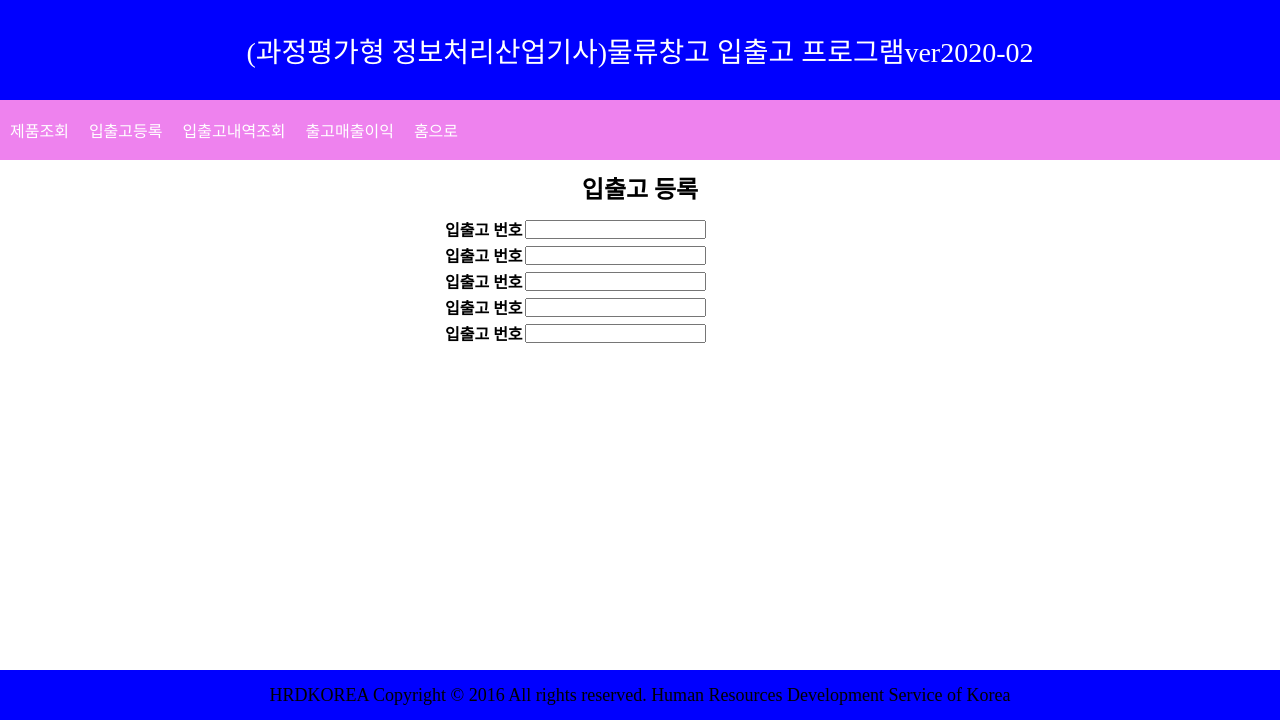
Repository: anakyn01/2_two
Page: http://localhost/cbq_1/two.jsp
An editor plug-in stored every save of this project. The page is shown before and after the next save, followed by the edit.
The browser window is 1280 px wide. The pictures show the whole page.
The page is served by Tomcat 9.

Above is the page before, as saved 2024-12-11 06:15:36.

After the next save:
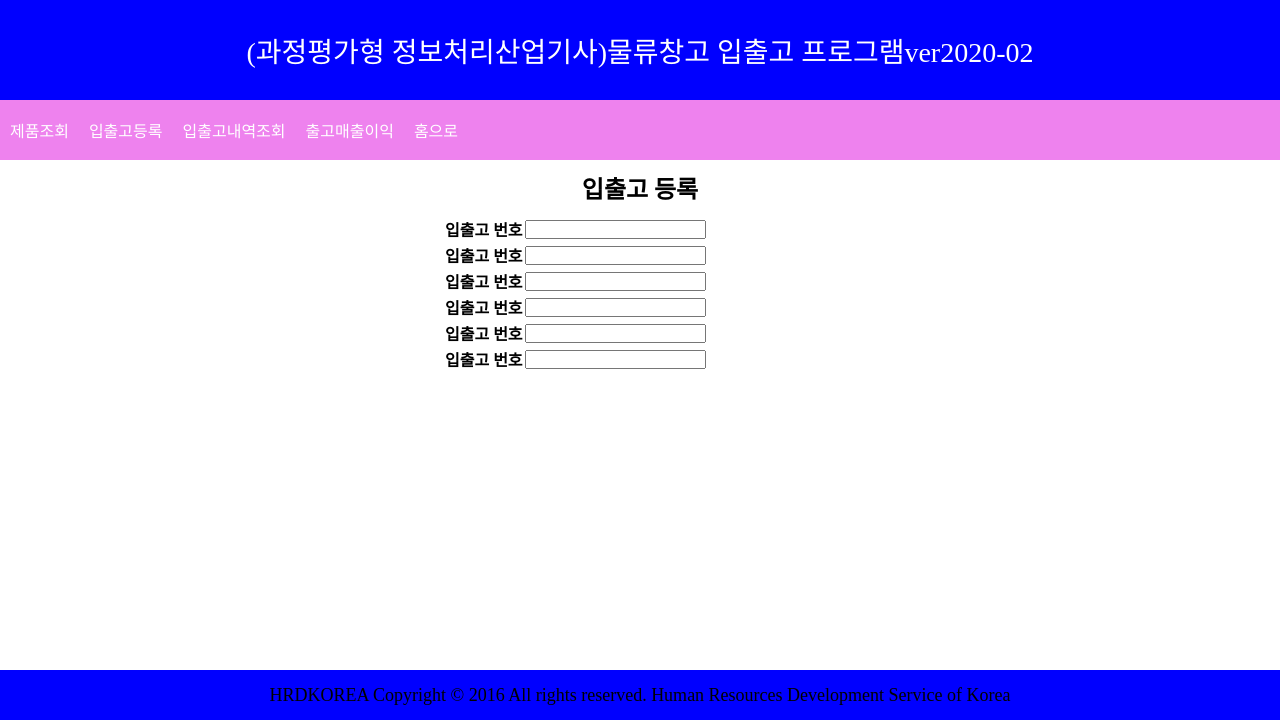
Saved 13 s later.
--- a/exam/cbq_1/src/main/webapp/two.jsp
+++ b/exam/cbq_1/src/main/webapp/two.jsp
@@ -25,7 +25,9 @@
 <tr>
 <th>입출고 번호</th><td><input type="text" name="t_date"/></td>
 </tr>
-
+<tr>
+<th>입출고 번호</th><td><input type="text" name="c_code"/></td>
+</tr>
 
 </table>
 
